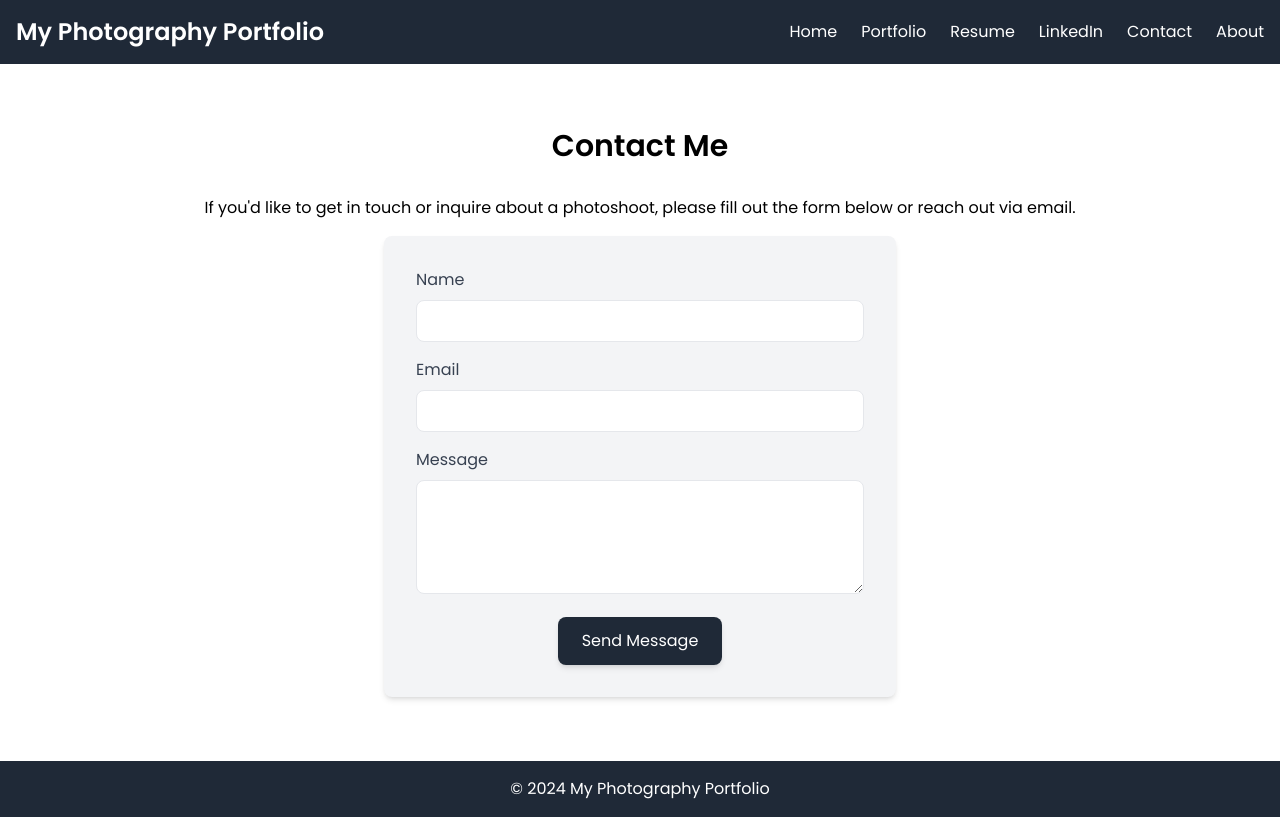
Repository: siyengar04/siyengar04.github.io
Page: contact.html
These files come from the project's save history. The page is drawn as it stood at one moment and after the next save; the edit follows.
The browser window is 1280 px wide. The pictures show the whole page.
Some web libraries are served in a nearby version.

Above is the page before, as saved 2024-10-31 15:39:46.

### contact.html
<!DOCTYPE html>
<html lang="en">

<head>
    <meta charset="UTF-8">
    <meta name="viewport" content="width=device-width, initial-scale=1.0">
    <title>Contact</title>
    <script src="https://cdn.tailwindcss.com"></script>
    <link href="https://fonts.googleapis.com/css2?family=Poppins:wght@300;400;600&display=swap" rel="stylesheet">
    <style>
        body {
            font-family: 'Poppins', sans-serif;
        }
    </style>
</head>

<body class="bg-gray-100">
    <header class="bg-gray-800 text-white py-4">
        <div class="container mx-auto flex justify-between items-center px-4">
            <h1 class="text-2xl font-semibold">My Photography Portfolio</h1>
            <nav>
                <ul class="flex space-x-6">
                    <li><a href="index.html" class="hover:text-gray-400">Home</a></li>
                    <li><a href="/portfolio.html" class="hover:text-gray-400">Portfolio</a></li>
                    <li><a href="/resume.html" class="hover:text-gray-400">Resume </a></li>
                    <li><a href="https://www.linkedin.com/in/sameer-iyengar/" class="hover:text-gray-400">LinkedIn</a></li>
                    <li><a href="/contact.html" class="hover:text-gray-400">Contact</a></li>
                    <li><a href="/about.html" class="hover:text-gray-400">About</a></li>
                </ul>
            </nav>
        </div>
    </header>

    <section id="contact" class="contact py-16 bg-white">
        <div class="container mx-auto px-4 text-center">
            <h2 class="text-3xl font-bold mb-8">Contact Me</h2>
            <p class="mb-4">If you'd like to get in touch or inquire about a photoshoot, please fill out the form below or reach out via email.</p>
            <form action="#" method="POST" class="max-w-lg mx-auto bg-gray-100 p-8 rounded-lg shadow-md">
                <div class="mb-4">
                    <label for="name" class="block text-left text-gray-700 mb-2">Name</label>
                    <input type="text" id="name" name="name" class="w-full px-4 py-2 border rounded-lg focus:outline-none focus:ring-2 focus:ring-gray-400">
                </div>
                <div class="mb-4">
                    <label for="email" class="block text-left text-gray-700 mb-2">Email</label>
                    <input type="email" id="email" name="email" class="w-full px-4 py-2 border rounded-lg focus:outline-none focus:ring-2 focus:ring-gray-400">
                </div>
                <div class="mb-4">
                    <label for="message" class="block text-left text-gray-700 mb-2">Message</label>
                    <textarea id="message" name="message" rows="4" class="w-full px-4 py-2 border rounded-lg focus:outline-none focus:ring-2 focus:ring-gray-400"></textarea>
                </div>
                <button type="submit" class="bg-gray-800 text-white px-6 py-3 rounded-lg shadow-md hover:bg-gray-700">Send Message</button>
            </form>
        </div>
    </section>

    <footer class="bg-gray-800 text-white text-center py-4">
        <div class="container mx-auto">
            <p>&copy; 2024 My Photography Portfolio</p>
        </div>
    </footer>
</body>

</html>

After the next save:
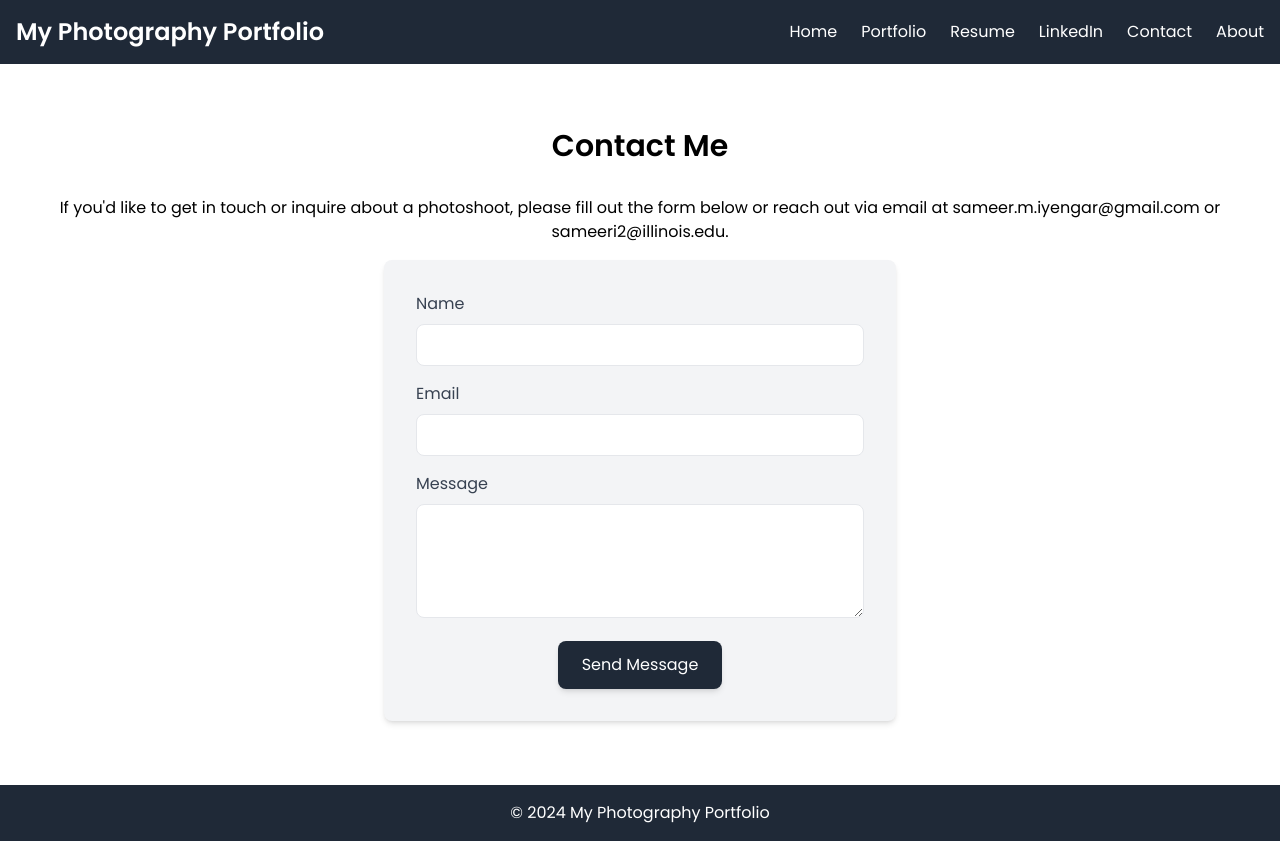
Saved 21 h 39 min later.
--- a/contact.html
+++ b/contact.html
@@ -34,7 +34,7 @@
     <section id="contact" class="contact py-16 bg-white">
         <div class="container mx-auto px-4 text-center">
             <h2 class="text-3xl font-bold mb-8">Contact Me</h2>
-            <p class="mb-4">If you'd like to get in touch or inquire about a photoshoot, please fill out the form below or reach out via email.</p>
+            <p class="mb-4">If you'd like to get in touch or inquire about a photoshoot, please fill out the form below or reach out via email at sameer.m.iyengar@gmail.com or sameeri2@illinois.edu.</p>
             <form action="#" method="POST" class="max-w-lg mx-auto bg-gray-100 p-8 rounded-lg shadow-md">
                 <div class="mb-4">
                     <label for="name" class="block text-left text-gray-700 mb-2">Name</label>
